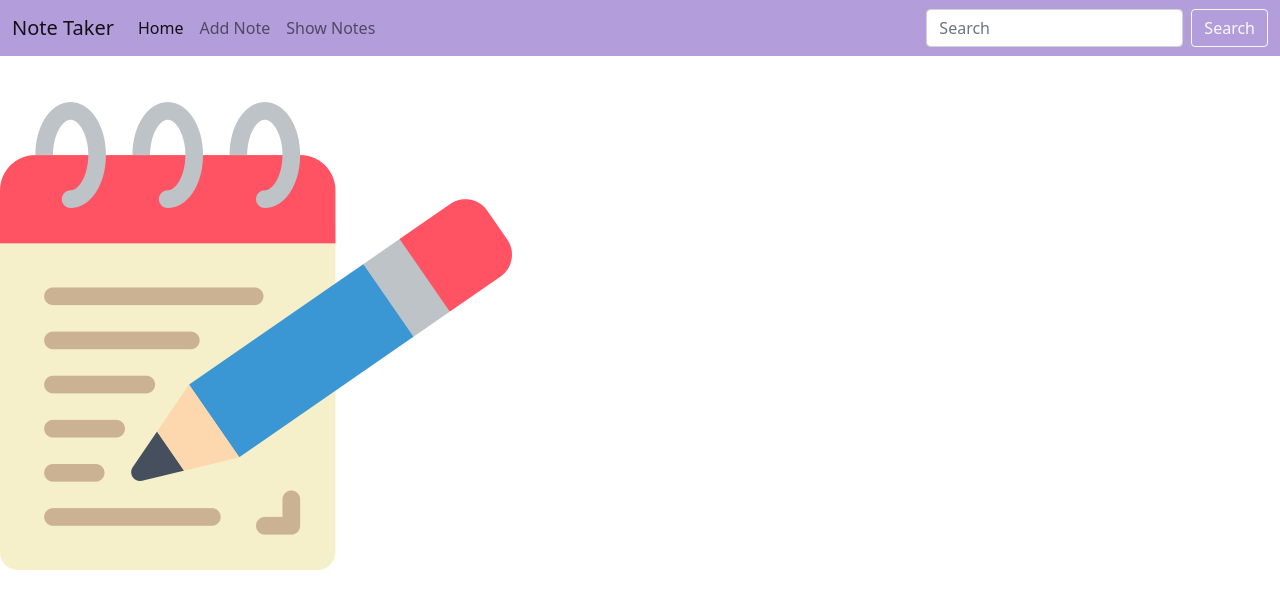
Repository: Tanmoy4672/Hibernate
Page: http://localhost/NoteTaker/
The author's editor kept a copy of each file at every save. The page is drawn from the files as they stood at one save, then again after the next save.
The browser window is 1280 px wide. The pictures show the whole page.
The page is served by Tomcat 9.

Above is the page before, as saved 2021-12-16 22:47:16.

After the next save:
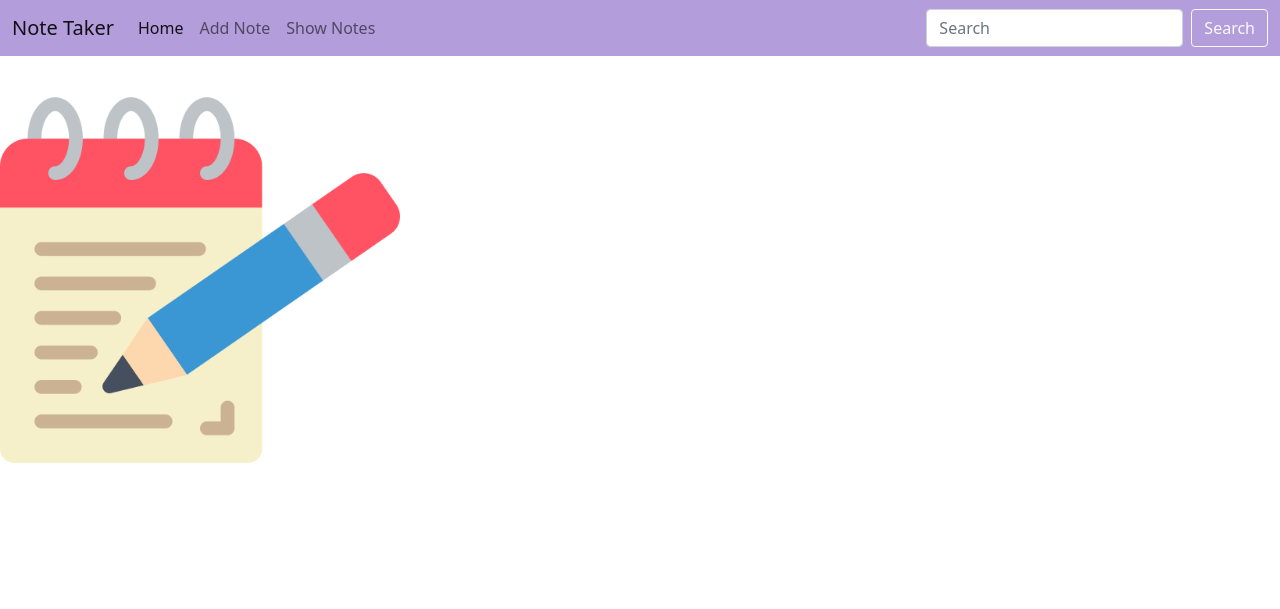
Saved 20 s later.
--- a/NoteTaker/src/main/webapp/index.jsp
+++ b/NoteTaker/src/main/webapp/index.jsp
@@ -16,7 +16,7 @@
 
     <br>
     <div>
-    <img alt="" class="img-fluid" style="w" src="img/notepad.png">
+    <img alt="" class="img-fluid" style="width:400px" src="img/notepad.png">
     </div>
     </div>
 

After the 2 saves that followed:
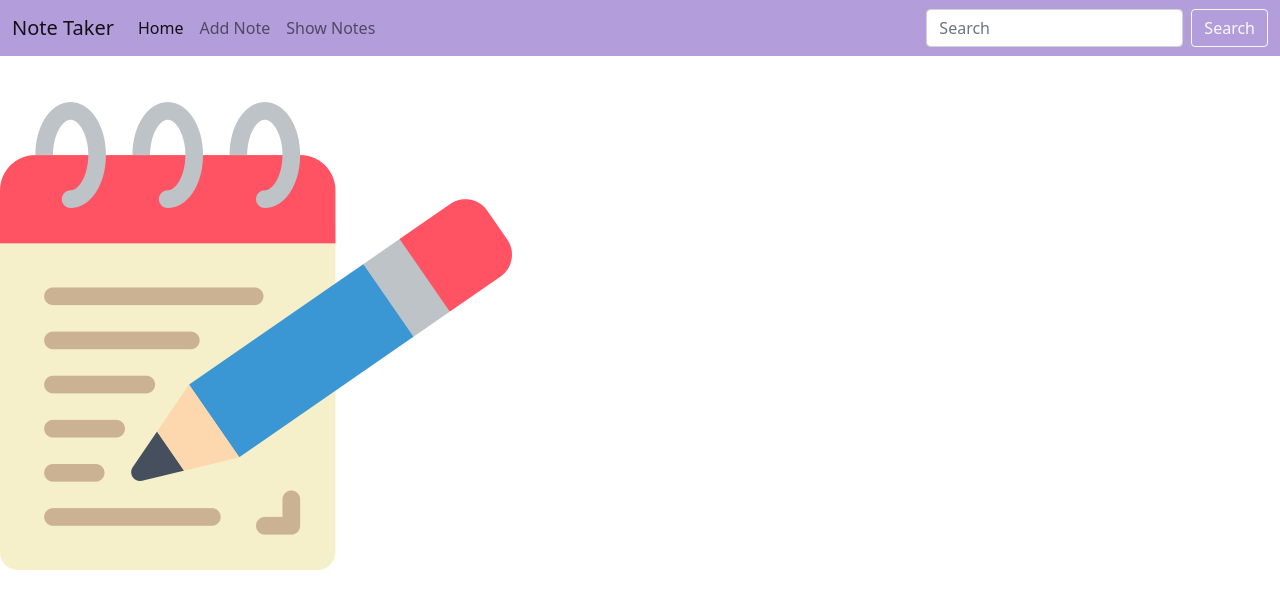
The 2 saves are shown as one change because 1 left the picture as it was.
The last was saved 2 min 15 s later.
--- a/NoteTaker/src/main/webapp/index.jsp
+++ b/NoteTaker/src/main/webapp/index.jsp
@@ -16,7 +16,7 @@
 
     <br>
     <div>
-    <img alt="" class="img-fluid" style="width:400px" src="img/notepad.png">
+    <img alt="" class="img-fluid" style="max-width:400px text-center" src="img/notepad.png">
     </div>
     </div>
 
